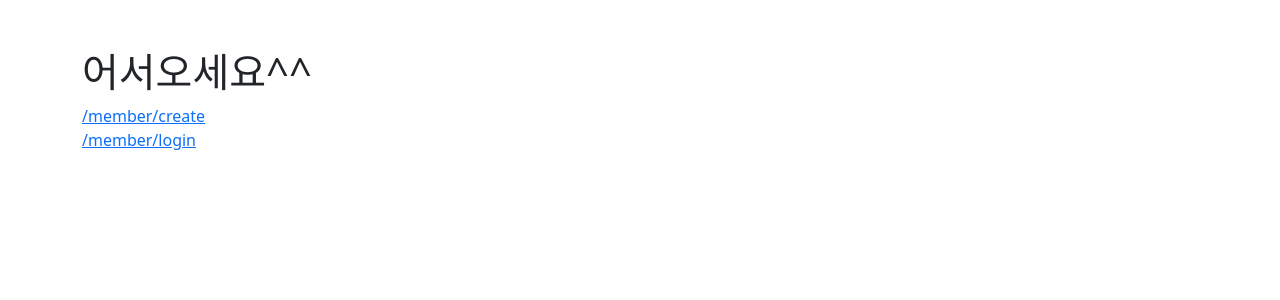
Repository: MASKUN2/GuDeeAcademy72thJavaSpring
Page: http://localhost/231121Diary/
The author's editor kept a copy of each file at every save. The page is drawn from the files as they stood at one save, then again after the next save.
The browser window is 1280 px wide. The pictures show the whole page.
The page is served by Tomcat 9. Nobody is signed in. The application's start-up code is not run. Other server files are loaded and not shown.

Above is the page before, as saved 2023-11-21 08:01:32.

### 231121Diary/src/main/webapp/index.jsp
<%@page import="vo.member.Member"%>
<%@ page language="java" contentType="text/html; charset=UTF-8"
    pageEncoding="UTF-8"%>
<!DOCTYPE html>
<html>
<head>
<meta charset="UTF-8">
<link href="https://cdn.jsdelivr.net/npm/bootstrap@5.3.2/dist/css/bootstrap.min.css" rel="stylesheet">
<script src="https://cdn.jsdelivr.net/npm/bootstrap@5.3.2/dist/js/bootstrap.bundle.min.js"></script>
<title>Insert title here</title>
</head>
<body>
	<div class="container my-5">
	<H1>${sessionScope.member.memberId} 어서오세요^^</H1>
	<a href="<%=request.getContextPath()%>/member/create">/member/create</a><br>
	<a href="<%=request.getContextPath()%>/member/login">/member/login</a>
	</div>

</body>
<script type="text/javascript" src="<%=request.getContextPath()%>/js/jquery-3.7.1.min.js"></script>
</html>

Loaded but not shown: 231121Diary/src/main/webapp/js/jquery-3.7.1.min.js (library)

After the next save:
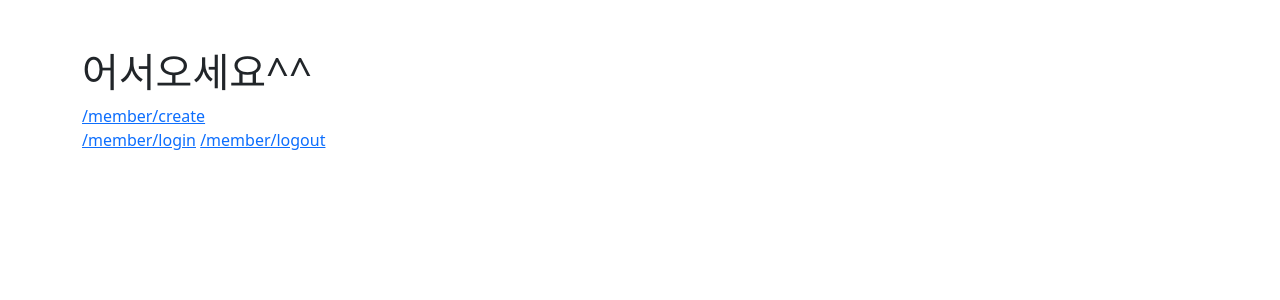
Saved 20 s later.
--- a/231121Diary/src/main/webapp/index.jsp
+++ b/231121Diary/src/main/webapp/index.jsp
@@ -14,6 +14,7 @@
 	<H1>${sessionScope.member.memberId} 어서오세요^^</H1>
 	<a href="<%=request.getContextPath()%>/member/create">/member/create</a><br>
 	<a href="<%=request.getContextPath()%>/member/login">/member/login</a>
+	<a href="<%=request.getContextPath()%>/member/logout">/member/logout</a>
 	</div>
 
 </body>
